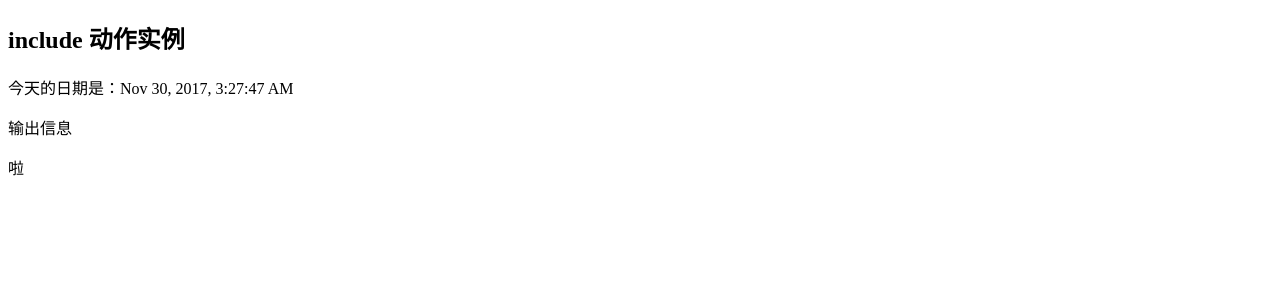
Repository: Cucujn/TRY
Page: http://localhost/weeklyReports/main.jsp
An editor plug-in stored every save of this project. The page is shown before and after the next save, followed by the edit.
The browser window is 1280 px wide. The pictures show the whole page.
The page is served by Tomcat 9.

Above is the page before, as saved 2017-12-02 11:38:45.

After the next save:
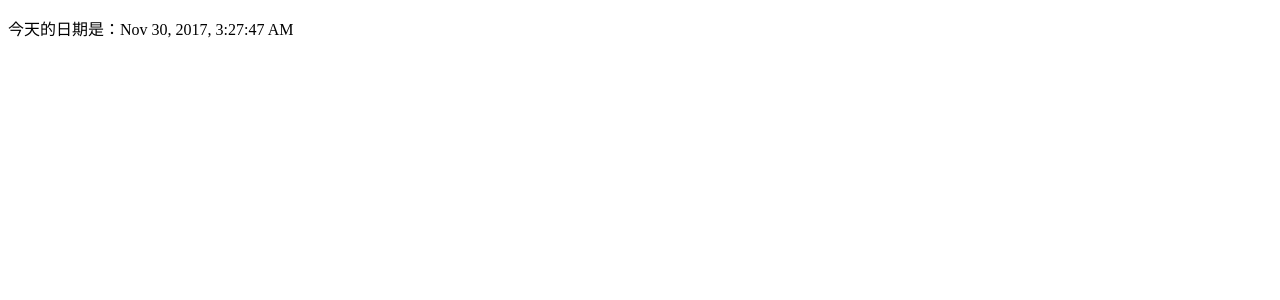
Saved 3 min 15 s later.
--- a/weeklyReports/WebContent/main.jsp
+++ b/weeklyReports/WebContent/main.jsp
@@ -18,5 +18,6 @@
 
 <p>输出信息</p>
 <jsp:getProperty name="test" property="message" />
+<jsp:forward page="date.jsp"></jsp:forward>
 </body>
 </html>
